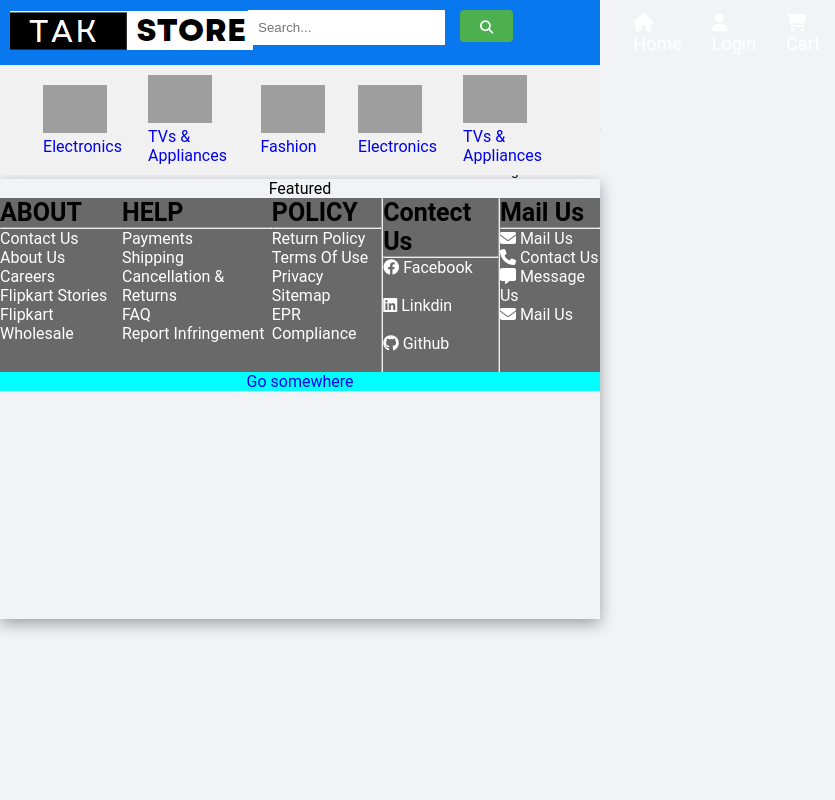
Repository: MSaifKhan01/TAK-Store
Page: PROJECT_Front/fashion.html
The author's editor kept a copy of each file at every save. The page is drawn from the files as they stood at one save, then again after the next save.
The browser window is 600 px wide. The page is 835 px wide, so the pictures cover 835 px, including what lies to the right of the window. The pictures show the whole page.
Pictures or frames that could not be fetched are drawn as grey boxes. The page's requests for data from a server got no answer.

Above is the page before, as saved 2023-07-22 17:09:27.
Console error: TypeError: Cannot read properties of null (reading 'append')

After the next save:
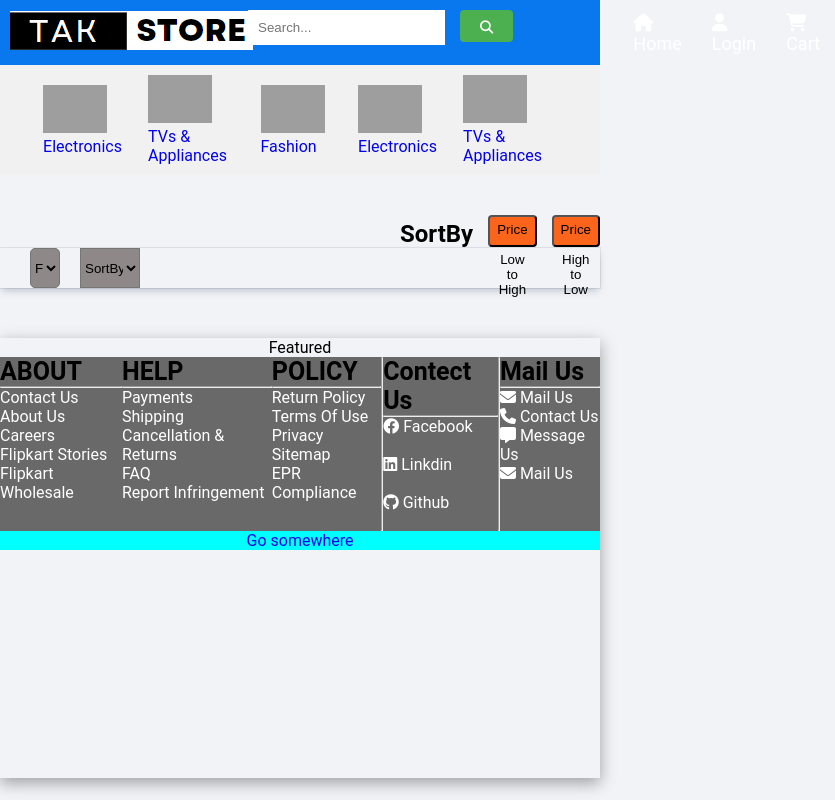
Saved 97 s later.
--- a/PROJECT_Front/CSS/fashion.css
+++ b/PROJECT_Front/CSS/fashion.css
@@ -52,7 +52,7 @@
     align-items: center;
     margin-left: 12px;
 } */
-
+/*
 @media only screen and (max-width: 700px) {
     header .search {
         display: none;
@@ -77,7 +77,7 @@
 
     .leftdiv {
         /* width: 20%; */
-        display: none;
+        /* display: none;
     }
     footer {
     background-color: #172337;
@@ -86,8 +86,8 @@
 }
 .footer-row2-col img{
     display: none;
-}
-}
+} */
+/* }  */
 
 header .search .search-container {
     width: 540px;
